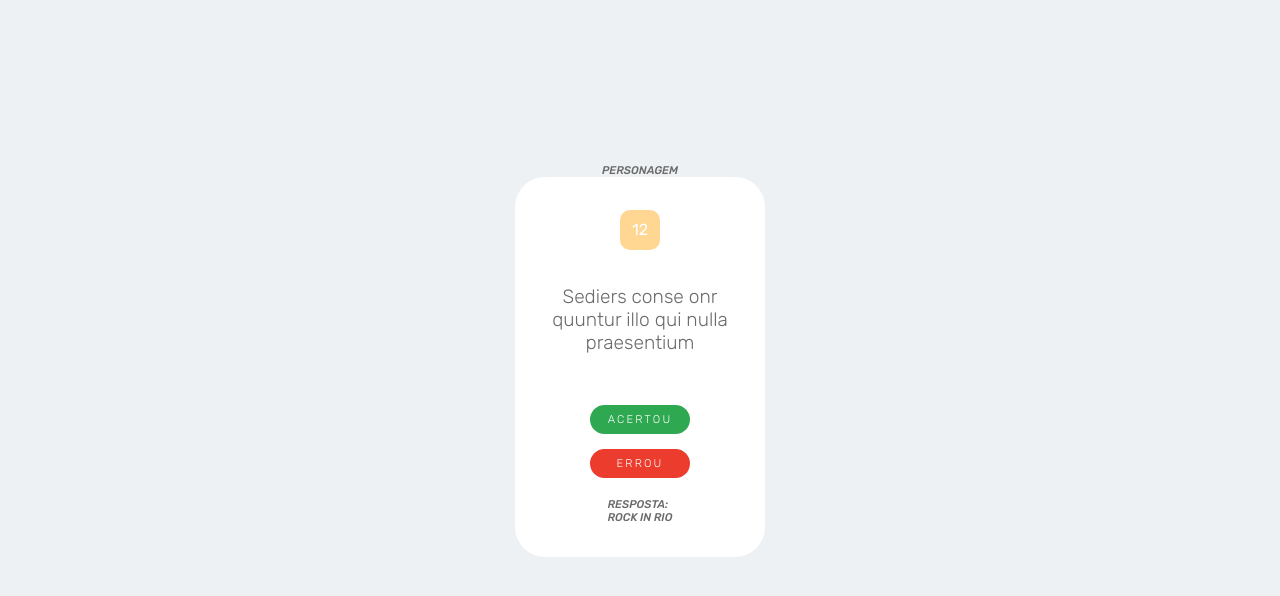
Repository: lucasthaynan/acertai
Page: index.html
An editor plug-in stored every save of this project. The page is shown before and after the next save, followed by the edit.
The browser window is 1280 px wide. The pictures show the whole page.

Above is the page before, as saved 2024-04-14 20:45:53.

### index.html
<!DOCTYPE html>
<html lang="en">
<head>
    <meta charset="UTF-8">
    <meta http-equiv="X-UA-Compatible" content="IE=edge">
    <meta name="viewport" content="width=device-width, initial-scale=1.0">
    <link rel="stylesheet" href="style.css">
    <title>AcertAí - Jogo</title>
</head>
<body>

    <section class="home">

        <div class="head-game">
            <img src="./imagens/logo.png" alt="">
            <div class="curve"></div>
        </div>

        <div class="option-times">
            <div class="two-times">2 times</div>
            <div class="three-times">3 times</div>
        </div>

    </section>

    <section class="info-times">

        <div class="container">
            <div class="name">
                <label>Nome do time</label>
                <input type="text" name="name_time" placeholder="Time A">
            </div>

            <div class="avatar">
                <p>Selecionar avatar</p>
                <div class="options-avatar">

                    <div class="image select" id="a">
                        <img src="./imagens/avatar/avatar_a.jpg" alt="">
                    </div>
                    <div class="image" id="b">
                        <img src="./imagens/avatar/avatar_a.jpg" alt="">
                    </div>
                    <div class="image" id="c">
                        <img src="./imagens/avatar/avatar_a.jpg" alt="">
                    </div>
                    <div class="image" id="d">
                        <img src="./imagens/avatar/avatar_a.jpg" alt="">
                    </div>
                    <div class="image" id="e">
                        <img src="./imagens/avatar/avatar_a.jpg" alt="">
                    </div>
                    <div class="image" id="f">
                        <img src="./imagens/avatar/avatar_a.jpg" alt="">
                    </div>
                </div>

            </div>

            <div class="container-btn">
                <input type="submit" value="Concluir">
            </div>

        </div>
    </section>


    <section class="random-category">
        <div class="category lugar view">
            <p>Lugar</p>
        </div>
        <div class="category personagem">
            <p>Personagem</p>
        </div>
        <div class="category tecnologia">
            <p>Tecnologia</p>
        </div>
        <div class="category objeto">
            <p>Objeto</p>
        </div>
        <div class="category ano">
            <p>Ano</p>
        </div>
    </section>

    <section class="select-tips personagem">

        <div class="name-category">
            <p>Personagem</p>
        </div>

        <div class="container options-game">

            <p>Escolher dica</p>

            <div class="options">
                <div class="btn" id="1">01</div>
                <div class="btn select" id="2">02</div>
                <div class="btn" id="3">03</div>
                <div class="btn" id="4">04</div>
                <div class="btn" id="5">05</div>
                <div class="btn" id="6">06</div>
                <div class="btn" id="7">07</div>
                <div class="btn" id="8">08</div>
                <div class="btn" id="9">09</div>
                <div class="btn" id="10">10</div>
                <div class="btn" id="11">11</div>
                <div class="btn" id="12">12</div>
                <div class="btn" id="13">13</div>
                <div class="btn" id="14">14</div>
                <div class="btn" id="15">15</div>
                <div class="btn" id="16">16</div>
                <div class="btn" id="17">17</div>
                <div class="btn" id="18">18</div>
                <div class="btn" id="19">19</div>
                <div class="btn" id="20">20</div>
            </div>

        </div>

        <div class="container tip">

            <div>
                <div class="number-tip">12</div>
                <div class="phrase">
                    <p>Sediers conse onr quuntur illo qui nulla praesentium</p>
                </div>
                <div class="btns-result">
                    <div class="right">Acertou</div>
                    <div class="missed">Errou</div>
                </div>

                <div class="result-correct">
                    <p>Resposta:</p>
                    <p class="name-correct">Rock in Rio</p>
                </div>
            </div>

        </div>

        <div class="time-process">
            <div class=""></div>
        </div>

    </section>



    <script src="./main.js"></script>
</body>
</html>

### style.css


@import url('https://fonts.googleapis.com/css2?family=Rubik:ital,wght@0,300..900;1,300..900&display=swap');


:root {
  --lugar: #FFD793;
  --personagem: #4074F5;
  --tecnologia: #28A37A;
  --objeto: #FE8369;
  --ano: #AF55CC;

  --bg-secundaria: #4074F5;
  --bg-claro: #FFFFFF;
  --bg: #EDF1F4;

  --text-claro: #FFFFFF;
  --text-escuro: #6A6A6A;

  --border: #E8EAEE;
  --border-active: #4074F5;

  --btn-right: #2FA852;
  --btn-missed: #EB3C2E;
}

* {
  margin: 0;
  padding: 0;

  font-family: "Rubik", sans-serif;
  font-optical-sizing: auto;
  font-size: 1rem;
  font-weight: 400;
  font-style: normal;

}


section {
    display: none;
    width: 100vw;
    height: 100vh;
    flex-direction: column;
    align-items: center;
    justify-content: flex-start;

}

p {
    font-size: 0.7rem;
    color: var(--text-escuro);
    font-style: italic;
    font-weight: 500;
    text-transform: uppercase;
}

/* HOME */

section.home {
    /* display: flex; */
    display: none;
    background-color: var(--bg);
}

section.home > div.head-game {
    display: flex;
    flex-direction: column;
    align-items: center;
    justify-content: center;
    width: 100vw;
    height: 230px;
    background-color: var(--bg-secundaria);
}

section.home > div.head-game img {
    width: 170px;
}

section.home > div.option-times {
    margin-top: 50px;
}

section.home > div.option-times > div {

    background-color: var(--btn-right);
    color: var(--text-claro);
    text-align: center;
    padding: 10px 40px;
    border-radius: 50px;
    margin-top: 30px;

    letter-spacing: 2.5px;
    text-transform: uppercase;
    font-weight: 300;
    font-size: 0.9rem;

    /* filter: drop-shadow(2px 2px 3px #d4d4d4); */

}


/* INFOS TIMES */

section.info-times {
    /* display: flex; */
    display: none;
    justify-content: center;
    align-items: center;
    background-color: var(--bg);
}

section.info-times .container {
    width: 250px;
    height: 400px;
    border-radius: 30px;
    background-color: var(--bg-claro);
}

section.info-times .avatar {
    display: flex;
    flex-direction: row;
    flex-wrap: wrap;
    justify-content: center;
    align-items: center;
}

section.info-times .options-avatar {
    display: flex;
    flex-direction: row;
    flex-wrap: wrap;
    justify-content: center;
    align-items: center;
    gap: 5px;
}


section.info-times .avatar img {
    width: 60px;
    border: 2px solid var(--border);
    border-radius: 16px;
    cursor: pointer;
}

section.info-times .avatar .select > img {
    border: 2px solid var(--border-active);
}

section.info-times .name {
    display: flex;
    flex-direction: column;
    justify-content: center;
    align-items: center;
    margin: 30px 0;
}

section.info-times .name label,
section.info-times .avatar p {
    font-size: 0.7rem;
    color: var(--text-escuro);
    font-style: italic;
    font-weight: 500;
    text-transform: uppercase;
    margin: 7px 0px;
}

section.info-times .container-btn {
    display: flex;
    justify-content: center;
    margin-top: 20px;
}


section.info-times .container-btn input {

    background-color: var(--btn-right);
    color: var(--text-claro);
    text-align: center;
    padding: 8px 25px;
    border-radius: 50px;
    margin-top: 15px;

    letter-spacing: 2.5px;
    text-transform: uppercase;
    font-weight: 300;
    font-size: 0.7rem;

    border: 0px;

}



section.info-times {
    /* display: flex; */
    display: none;
    justify-content: center;
    align-items: center;
    background-color: var(--bg);
}


/* RANDOM CATEGORY */

section.random-category {
    /* display: flex; */
    display: none;
    justify-content: center;
    align-items: center;
    background-color: var(--bg);
}

section.random-category .category {
    display: none;
    width: 100vw;
    height: 100vh;

}

section.random-category .category p {
    background-color: rgba(0, 0, 0, 0.208);
    color: var(--text-claro);
    text-align: center;
    padding: 10px 40px;
    border-radius: 50px;
    margin-top: 15px;

    letter-spacing: 2.5px;
    text-transform: uppercase;
    font-weight: 300;
    font-size: 1.2rem;

    border: 0px;
}

section.random-category .category.view {
    display: flex;
    /* display: none; */
    justify-content: center;
    align-items: center;
    background-color: var(--lugar);
}


section.random-category .category.lugar {
    background-color: var(--lugar);
}

section.random-category .category.personagem {
    background-color: var(--personagem);
}

section.random-category .category.tecnologia {
    background-color: var(--tecnologia);
}

section.random-category .category.ano {
    background-color: var(--ano);
}

section.random-category .category.objeto {
    background-color: var(--objeto);
}



/* SELECT TIPS */

section.select-tips {
    display: flex;
    /* display: none; */
    justify-content: center;
    align-items: center;
    flex-direction: column;
    background-color: var(--bg);
}


section.select-tips .container {
    width: 250px;
    height: 380px;
    border-radius: 30px;
    background-color: var(--bg-claro);
}

section.select-tips .container.options-game {
    /* display: flex; */
    display: none;
    flex-direction: column;
    justify-content: center;
    align-items: center;
}

section.select-tips .container.options-game .options {
    display: flex;
    flex-direction: row;
    justify-content: center;
    align-items: center;
    flex-wrap: wrap;
    gap: 8px;
    padding: 20px 20px;
}

section.select-tips .container.options-game .options div.btn {
    width: 20px;
    height: 20px;
    background-color: var(--lugar);
    padding: 10px;
    border-radius: 10px;
    display: flex;
    justify-content: center;
    align-items: center;
    color: var(--text-claro);
    cursor: pointer;
}


section.select-tips .container.options-game .options div.btn.select {
    opacity: 0.4;
    cursor: none;
    pointer-events: none;
}

section.select-tips .container.tip,
section.select-tips .container.tip > div {
    display: flex;
    /* display: none; */
    flex-direction: column;
    justify-content: center;
    align-items: center;

}

section.select-tips .container.tip > div {
    padding: 30px;
    gap: 20px;
}
section.select-tips .container.tip .number-tip {
    width: 20px;
    height: 20px;
    background-color: var(--lugar);
    padding: 10px;
    border-radius: 10px;
    display: flex;
    justify-content: center;
    align-items: center;
    color: var(--text-claro);
    cursor: pointer;
}

section.select-tips .container.tip .phrase {
    height: 100px;
    display: flex;
    justify-content: center;
    align-items: center;
}

section.select-tips .container.tip .phrase p {
    text-align: center;
    font-size: 1.2rem;
    font-style: normal;
    font-weight: 300;
    text-transform: none;
}


section.select-tips .container.tip .right,
section.select-tips .container.tip .missed {

    color: var(--text-claro);
    text-align: center;
    padding: 8px 18px;
    border-radius: 50px;
    margin-top: 15px;

    letter-spacing: 2.2px;
    text-transform: uppercase;
    font-weight: 300;
    font-size: 0.7rem;

    border: 0px;
}

section.select-tips .container.tip .right {
    background-color: var(--btn-right);
}

section.select-tips .container.tip .missed {
    background-color: var(--btn-missed);

}

### main.js
let dataCartas;

// Função para carregar o JSON via Fetch
function carregarCartas() {
    fetch('./data/cartas.json')
        .then(response => {
            if (!response.ok) {
                throw new Error('Erro ao carregar o arquivo JSON');
            }
            return response.json();
        })
        .then(data => {
            dataCartas = data.cartas;
            // Aqui você pode fazer o que quiser com os dados carregados
            console.log(data);
            // Por exemplo, você pode chamar uma função para manipular as cartas
            manipularCartas(data.cartas);
        })
        .catch(error => {
            console.error('Ocorreu um erro:', error);
        });
}

// Função para embaralhar a ordem das afirmações
function embaralharAfirmações(afirmações) {
    // Copiando o array de afirmações
    const afirmaçõesEmbaralhadas = afirmações.slice();
    // Embaralhando o array
    for (let i = afirmaçõesEmbaralhadas.length - 1; i > 0; i--) {
        const j = Math.floor(Math.random() * (i + 1));
        [afirmaçõesEmbaralhadas[i], afirmaçõesEmbaralhadas[j]] = [afirmaçõesEmbaralhadas[j], afirmaçõesEmbaralhadas[i]];
    }
    return afirmaçõesEmbaralhadas;
}

// Função para manipular as cartas
function manipularCartas(cartas) {
    // Aqui você pode fazer o que quiser com as cartas, como exibir na tela, etc.
    // Por enquanto, vamos apenas imprimir no console
    cartas.forEach(carta => {
        console.log('Categoria:', carta.categoria);
        console.log('Resposta:', carta.resposta);
        console.log('Dificuldade:', carta.dificuldade);
        console.log('Afirmações:');
        const afirmaçõesEmbaralhadas = embaralharAfirmações(carta.afirmações);
        afirmaçõesEmbaralhadas.forEach(afirmação => {
            console.log('-', afirmação);
        });
        console.log('------------------');
    });
}

// Chamando a função para carregar as cartas quando a página é carregada
carregarCartas();

### data/cartas.json
{
    "cartas": [
      {
        "categoria": "Tecnologia",
        "resposta": "QR Code",
        "id": "TEC-01",
        "dificuldade": "médio",
        "afirmações": [
          "Foi criado no Japão",
          "É uma forma de código de barras",
          "Usado para armazenar informações",
          "Pode ser escaneado por smartphones",
          "Utilizado em pagamentos móveis",
          "Desenvolvido originalmente para a indústria automotiva",
          "Possui padrão de matriz quadrada",
          "Pode ser usado em marketing",
          "Armazena mais dados que um código de barras tradicional",
          "Sua leitura é rápida",
          "Contém padrões de erro para integridade de dados",
          "Pode ser personalizado esteticamente",
          "Utilizado em ingressos de eventos",
          "Também serve para acessar sites",
          "Pode conter vCards em eventos de networking",
          "Utilizado em ações de realidade aumentada",
          "Popular em campanhas publicitárias",
          "Pode codificar informação em ambos os eixos",
          "Usado em cartões de visita digitais",
          "Crescente uso em sistemas de saúde"
        ]
      },
      {
        "categoria": "Personagem",
        "resposta": "Cleópatra",
        "id": "PER-01",
        "dificuldade": "médio",
        "afirmações": [
          "Foi a última rainha do Egito",
          "Conhecida por sua beleza e inteligência",
          "Teve um caso com Júlio César",
          "Aliou-se politicamente com Marco Antônio",
          "Descendente da dinastia de Ptolomeu",
          "Sua morte marcou o fim do Egito Ptolomaico",
          "Conhecida por sua habilidosa diplomacia",
          "Famosa por um banho de leite",
          "Representada frequentemente em obras de arte",
          "Uma figura popular na história romana",
          "Foi mãe de Caesário",
          "Sua morte foi por suicídio, dizem, com uma áspide",
          "Ela reinou por 21 anos",
          "Habilmente manteve o poder enquanto aliada de Roma",
          "Tentou restaurar o prestígio de seu reino",
          "Reputada por ser poliglota",
          "Sua história foi dramatizada por Shakespeare",
          "Conhecida também por suas conquistas científicas",
          "Foi um ícone feminino da antiguidade",
          "Sua vida inspirou numerosos filmes"
        ]
      },
      {
        "categoria": "Lugar",
        "resposta": "Ilha de Páscoa",
        "id": "LUG-01",
        "dificuldade": "médio",
        "afirmações": [
          "Localizada no Oceano Pacífico",
          "Conhecida pelos moais, grandes estátuas de pedra",
          "Território é uma província do Chile",
          "É um dos locais mais isolados habitados do mundo",
          "Primeiro contato europeu em 1722",
          "Também chamada de Rapa Nui",
          "Polinésios são considerados os primeiros habitantes",
          "Tem um clima subtropical",
          "É uma atração turística popular",
          "A ilha tem uma área de cerca de 163 km²",
          "Os moais foram criados para honrar antepassados importantes",
          "Inscrita como Patrimônio Mundial da UNESCO",
          "Sua ecologia sofreu devido ao desmatamento",
          "A ilha também possui um vulcão adormecido",
          "Existem teorias sobre a extinção da cultura local",
          "A população local restringe turistas para conservar a cultura",
          "Artefatos antigos são encontrados por toda a ilha",
          "Tem um aeroporto que conecta ao continente",
          "Estudos indicam que a ilha foi povoada no século IV",
          "A ilha tem uma limitada biodiversidade devida à isolamento"
        ]
      },
      {
        "categoria": "Ano",
        "resposta": "1969",
        "id": "ANO-01",
        "dificuldade": "médio",
        "afirmações": [
          "Neil Armstrong pisou na Lua",
          "Woodstock atraiu cerca de 400 mil pessoas",
          "O Concorde fez seu primeiro voo de teste",
          "Richard Nixon tornou-se presidente dos EUA",
          "Primeiro episódio de 'Monty Python' foi ao ar",
          "Internet teve sua precursora, a ARPANET, iniciada",
          "Os Beatles fizeram sua última apresentação pública",
          "O primeiro transplant de olho foi realizado",
          "Liberdade para o amor, do Led Zeppelin, foi lançado",
          "A tropa de elite dos EUA sofreu em embate em Hamburger Hill",
          "O filme 'Butch Cassidy' foi um sucesso de bilheteira",
          "O Boeing 747 fez seu voo inaugural comercial",
          "A Ponte do Rio Kwai desabou",
          "Metralhadoras dispararam pela primeira vez em uma guerra",
          "O projeto Apollo foi televisionado ao vivo",
          "A Sesame Street estreou na televisão dos EUA",
          "Foi introduzida a classificação indicativa em filmes",
          "Os Mets ganharam a World Series pela primeira vez",
          "Primeiro transplante de coração artificial temporário",
          "O Vaticano iniciou reformas litúrgicas"
        ]
      },
      {
        "categoria": "Objeto",
        "resposta": "Fita Cassete",
        "id": "OBJ-01",
        "dificuldade": "fácil",
        "afirmações": [
          "Usada para gravação e reprodução de som",
          "Formato popular nas décadas de 70 e 80",
          "Vendida inicialmente em 1963",
          "Desenvolvida pela Philips",
          "Compacta e portátil comparada a alternativas",
          "Revolutionou a maneira como as pessoas ouviam música",
          "Gradualmente substituída por CDs",
          "Usava fita magnética para armazenar dados",
          "Possuía dois lados, A e B",
          "Pode ser rebobinada e avançada",
          "Foi parte do primeiro Sony Walkman",
          "Permitia criar mixtapes personalizadas",
          "Comumente usada em gravadores e tocadores de fita",
          "Sua qualidade de som é considerada baixa hoje",
          "Foi crucial para a disseminação do punk e novas ondas",
          "Suas vendas declinaram nos anos 90",
          "Experienciando um revival nostálgico",
          "Artistas modernos às vezes lançam neste formato",
          "Prone a enroscar e emaranhar",
          "Uma alternativa mais conveniente aos LPs de vinil"
        ]
      }
    ]
  }

After the next save:
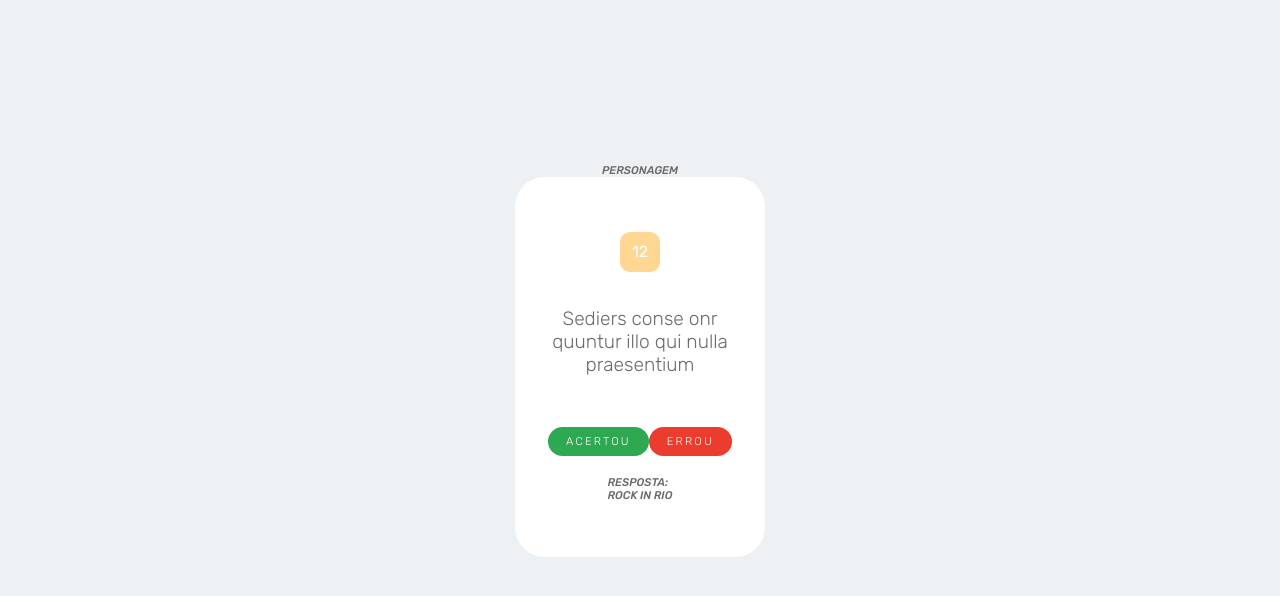
Saved 25 s later.
--- a/style.css
+++ b/style.css
@@ -363,6 +363,10 @@ section.select-tips .container.tip .phrase p {
     text-transform: none;
 }
 
+section.select-tips .container.tip .btns-result {
+    display: flex;
+}
+
 
 section.select-tips .container.tip .right,
 section.select-tips .container.tip .missed {
